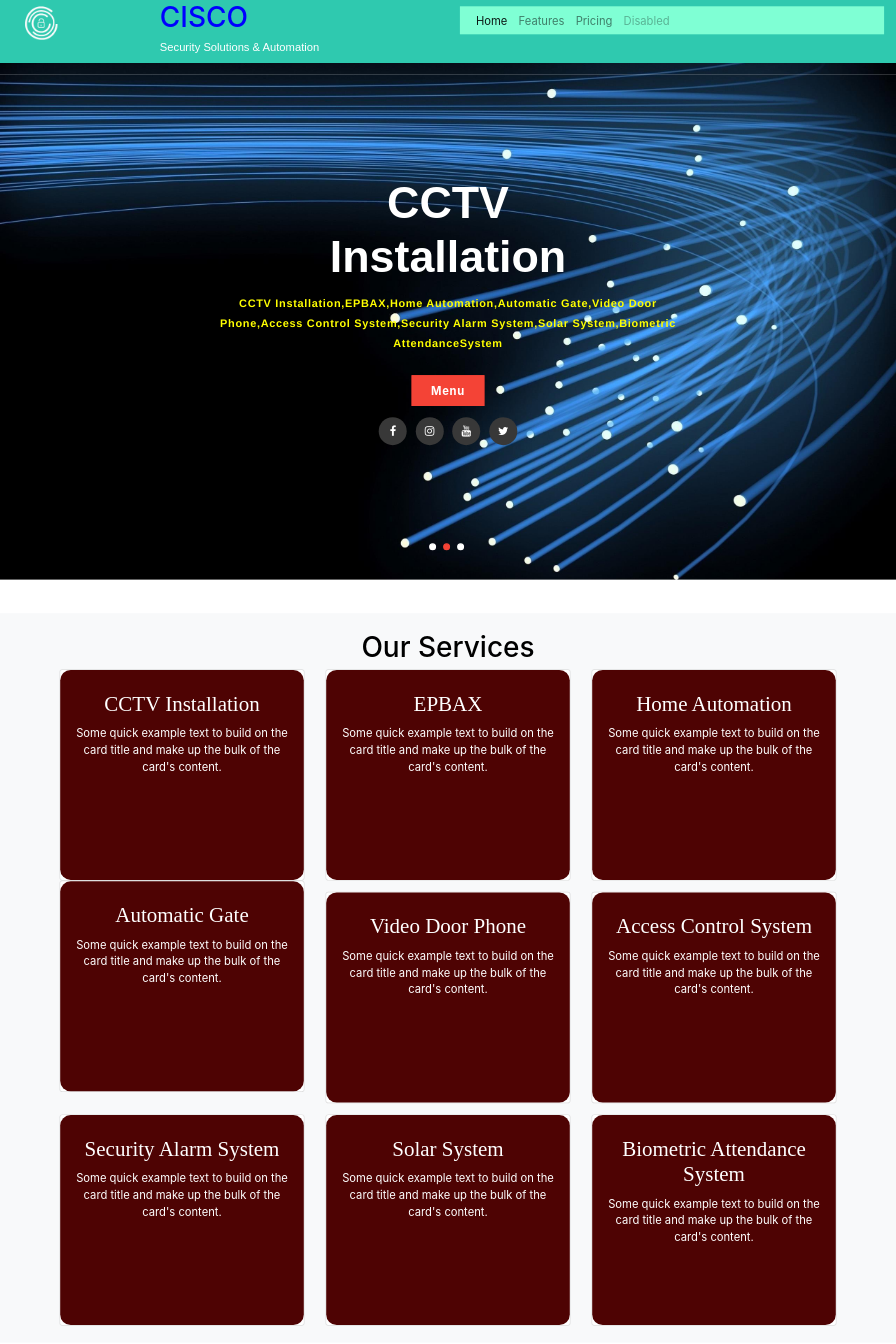
Repository: Nuhman123/Cisco
Page: index.html
These files come from the project's save history. The page is drawn as it stood at one moment and after a run of saves; the edit follows.
The browser window is 1280 px wide. The pictures show the part of the page from y = 0 to 1920 px (the page is 3545 px tall), at 70% of full size.

Above is the page before, as saved 2021-04-09 11:14:28.

After the next 2 saves:
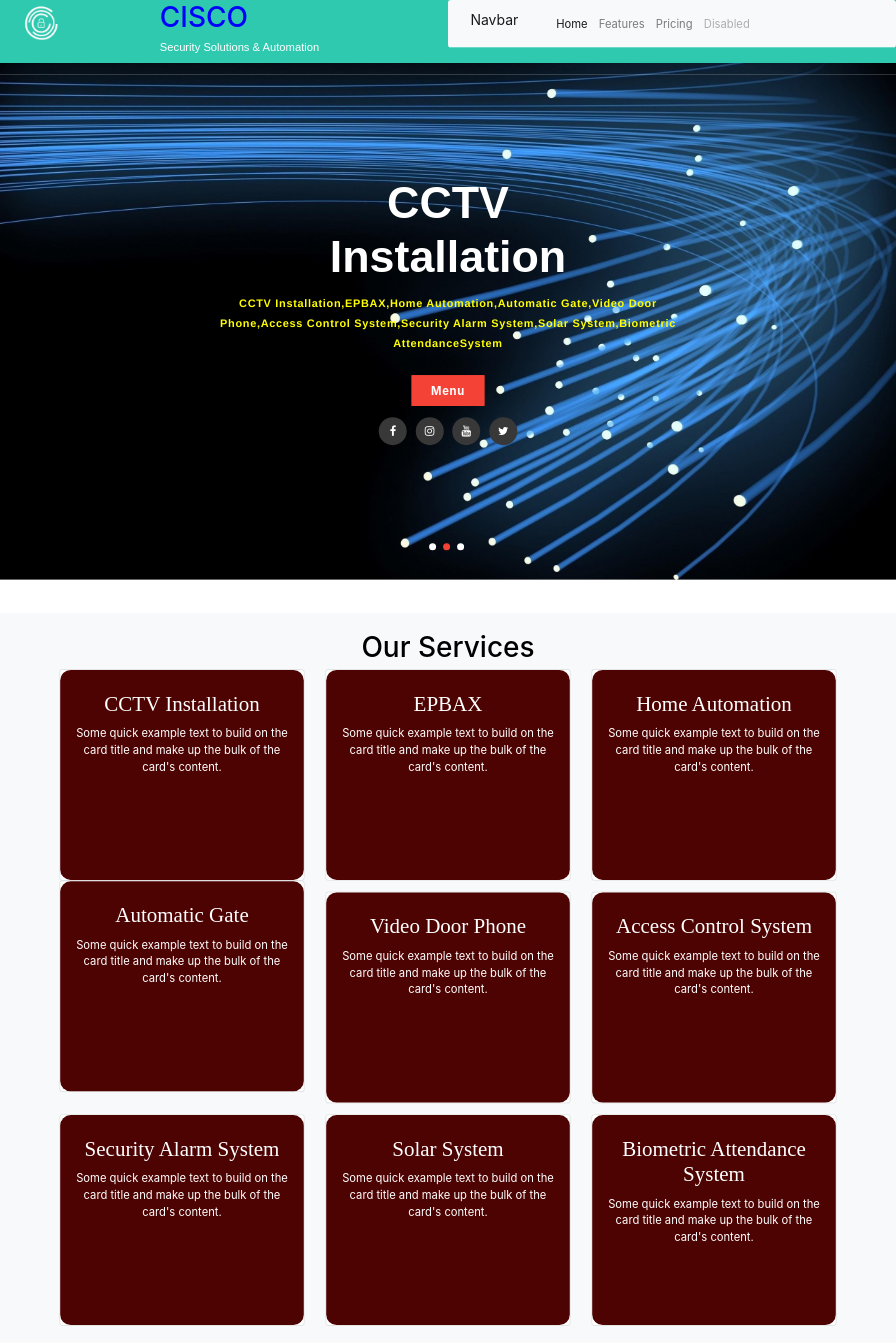
The 2 saves are shown as one change because they came seconds apart.
The last was saved 5 min 27 s later.
--- a/index.html
+++ b/index.html
@@ -71,17 +71,26 @@
 			<h1>CISCO</h1>
 			<p>Security Solutions & Automation</p>
 		</div>
-		<nav class="navbar navbar-expand-lg navbar-light">
-			<button style="background-color:white;" class="navbar-toggler" type="button" data-toggle="collapse" data-target="#navbarNavAltMarkup" aria-controls="navbarNavAltMarkup" aria-expanded="false" aria-label="Toggle navigation">
+		<nav class="navbar navbar-expand-lg navbar-light bg-light">
+			<a class="navbar-brand" href="#">Navbar</a>
+			<button class="navbar-toggler" type="button" data-toggle="collapse" data-target="#navbarNav" aria-controls="navbarNav" aria-expanded="false" aria-label="Toggle navigation">
 			  <span class="navbar-toggler-icon"></span>
 			</button>
-			<div class="collapse navbar-collapse" id="navbarNavAltMarkup" style="background-color: aquamarine;">
-			  <div class="navbar-nav text-center" >
-				<a class="nav-item nav-link active" href="#">Home <span class="sr-only">(current)</span></a>
-				<a class="nav-item nav-link" href="#">Features</a>
-				<a class="nav-item nav-link" href="#">Pricing</a>
-				<a class="nav-item nav-link disabled" href="#">Disabled</a>
-			  </div>
+			<div class="collapse navbar-collapse" id="navbarNav">
+			  <ul class="navbar-nav">
+				<li class="nav-item active">
+				  <a class="nav-link" href="#">Home <span class="sr-only">(current)</span></a>
+				</li>
+				<li class="nav-item">
+				  <a class="nav-link" href="#">Features</a>
+				</li>
+				<li class="nav-item">
+				  <a class="nav-link" href="#">Pricing</a>
+				</li>
+				<li class="nav-item">
+				  <a class="nav-link disabled" href="#">Disabled</a>
+				</li>
+			  </ul>
 			</div>
 		  </nav>
 	</header>
